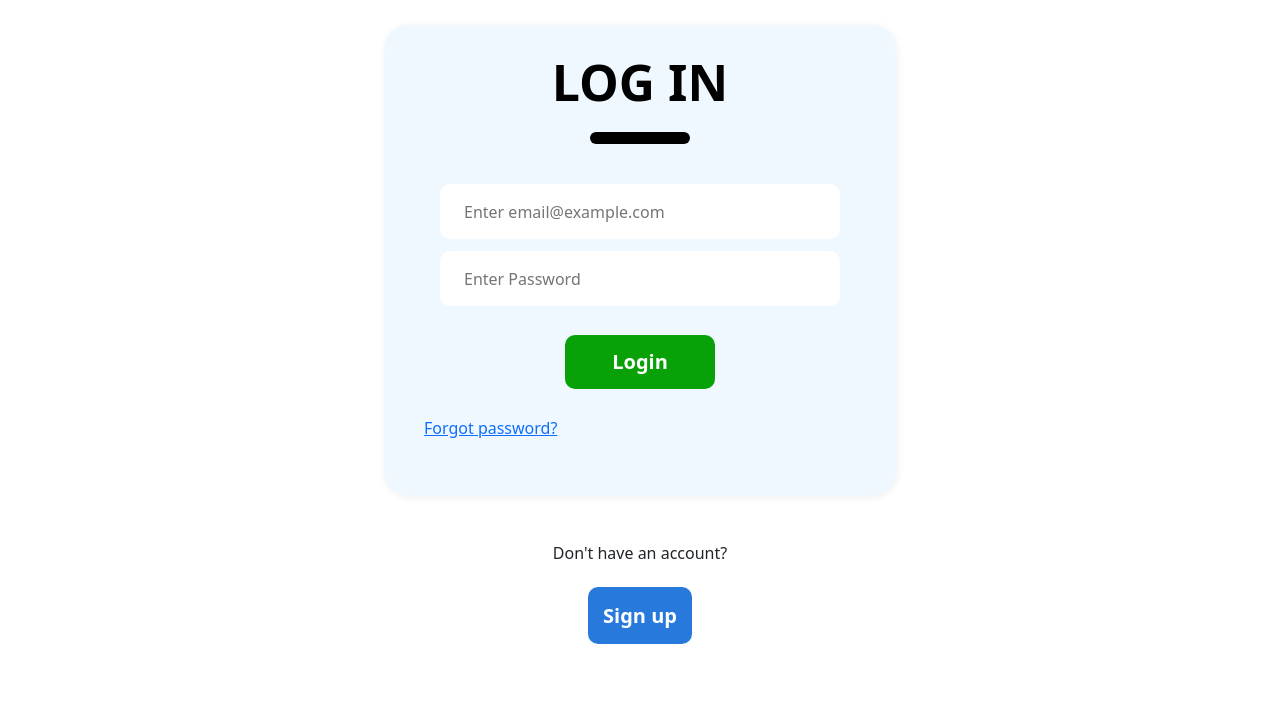
Repository: JermelWatson/milestoneOne
Page: /login (app in client/)
These files come from the project's save history. The page is drawn as it stood at one moment and after the next save; the edit follows.
The browser window is 1280 px wide. The pictures show the whole page.
The project was rebuilt for these pictures with package versions that can differ from the ones it lists, and the page was loaded fresh each time. Also part of the build but not shown: client/vite.config.js, client/src/Components/signup/Signup.jsx, client/src/Components/dashboard/Dashboard.css, client/src/Components/dashboard/Sidebar.css, client/src/Components/dashboard/Sidebar.jsx, client/src/Components/dashboard/Content.css, client/src/Components/dashboard/ContentHeader.jsx, client/src/Components/dashboard/Card.jsx and 8 more.

Above is the page before, as saved 2024-10-10 01:58:04.

After the next save:
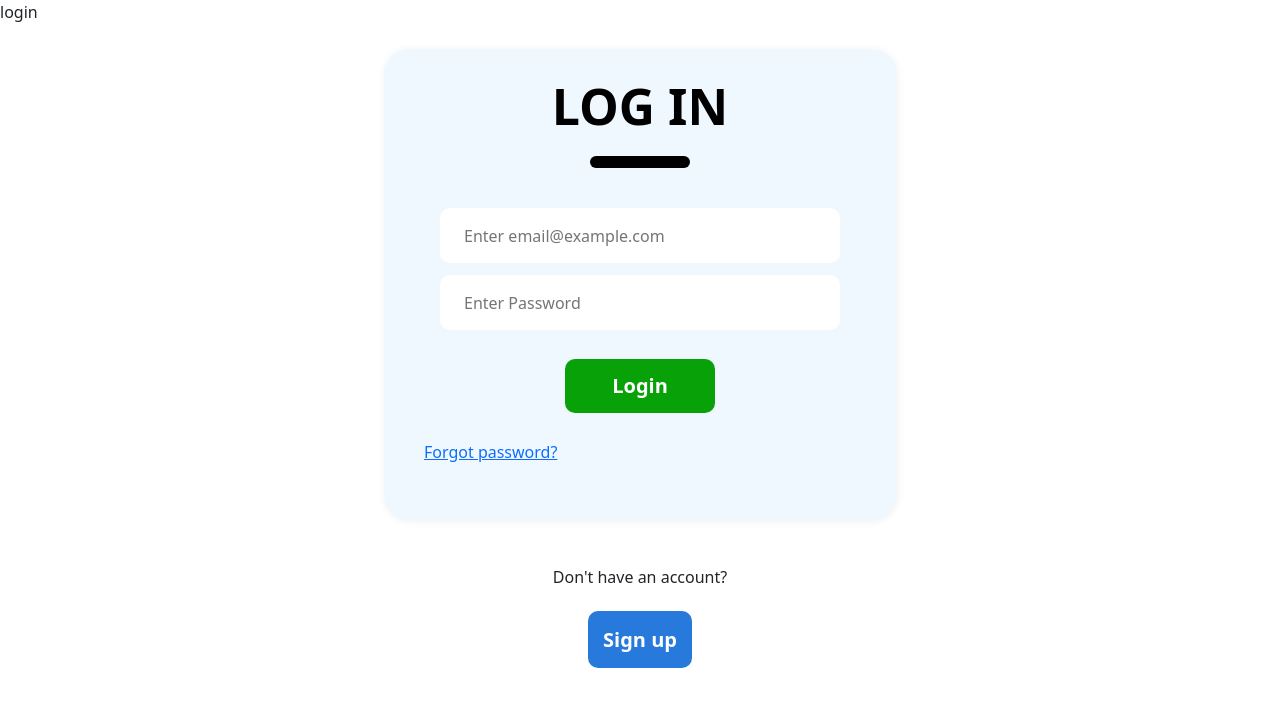
Saved 4 s later.
--- a/client/src/Components/login/Login.jsx
+++ b/client/src/Components/login/Login.jsx
@@ -70,7 +70,7 @@ const Login = () => {
 
   return (
     <>
-      {}
+      {view }
         <div className="signin-container">
           <form className="signup-form" onSubmit={handleLogin}>
             <div className="header">
